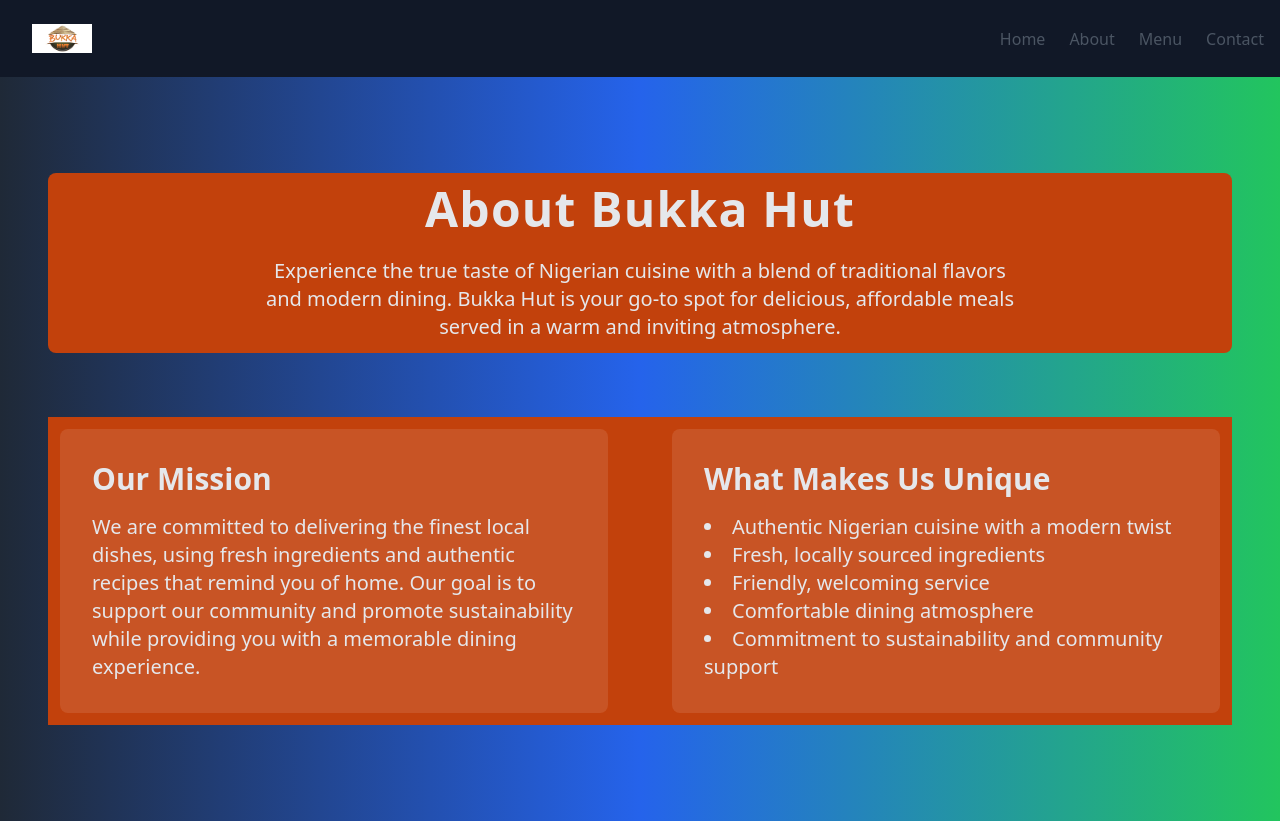
Repository: countaustin1990/BUKKAHUT
Page: About.html
These files come from the project's save history. The page is drawn as it stood at one moment and after the next save; the edit follows.
The browser window is 1280 px wide. The pictures show the whole page.
Some web libraries are served in a nearby version.

Above is the page before, as saved 2024-08-25 00:31:24.
Console error: TypeError: Cannot read properties of null (reading 'addEventListener')

### About.html
<!DOCTYPE html>
<html lang="en">

<head>
  <meta charset="UTF-8">
  <meta name="viewport" content="width=device-width, initial-scale=1.0">
  <title>About Bukka Hut</title>
  <script src="https://cdn.tailwindcss.com"></script>
  <style>
    /* Custom styles for advanced UI/UX */
    .fade-in {
      animation: fadeIn 1.5s ease-in-out forwards;
      opacity: 0;
    }

    @keyframes fadeIn {
      to {
        opacity: 1;
      }
    }

    .hover:after {
      content: '';
      position: absolute;
      width: 100%;
      height: 100%;
      top: 0;
      left: 0;
      background: rgba(0, 0, 0, 0.1);
      opacity: 0;
      transition: opacity 0.3s ease;
    }

    .hover:hover:after {
      opacity: 1;
    }
  </style>
</head>

<body class="bg-gray-100">
      <!-- Navigation -->
  <nav class="shadow-md bg-gray-900">
    <div class="container mx-auto px-4 py-2 flex items-center justify-between">
      <div class="text-2xl font-bold text-blue-600">
        <a href="#" class="flex flex-col lg:flex-row items-center lg:space-x-8 p-4">
          <img src="Logo.png" alt="Bukka Hut" width="60">
          </a>
      </div>
      <div class="hidden md:flex space-x-6">
        <a href="test.html" class="text-gray-600 hover:text-blue-600">Home</a>
        <a href="#" class="text-gray-600 hover:text-blue-600">About</a>
        <a href="#" class="text-gray-600 hover:text-blue-600">Menu</a>
        <a href="#" class="text-gray-600 hover:text-blue-600">Contact</a>
      </div>
      <div class="md:hidden">
        <button id="menu-button" class="text-white focus:outline-none">
          <svg xmlns="http://www.w3.org/2000/svg" fill="none" viewBox="0 0 24 24" stroke="currentColor" class="w-6 h-6">
            <path stroke-linecap="round" stroke-linejoin="round" stroke-width="2" d="M4 6h16M4 12h16M4 18h16" />
          </svg>
        </button>
      </div>
    </div>

    <!-- Mobile Menu -->
    <div id="mobile-menu" class="hidden md:hidden bg-gray-900 shadow-md">
      <a href="test.html" class="block px-4 py-2 text-white hover:bg-orange-600">Home</a>
      <a href="#" class="block px-4 py-2 text-white hover:bg-orange-600">About</a>
      <a href="#" class="block px-4 py-2 text-white hover:bg-orange-600">Menu</a>
      <a href="#" class="block px-4 py-2 text-white hover:bg-orange-600">Contact</a>
    </div>
  </nav>

  <section class="py-16 lg:py-24 bg-gradient-to-r from-gray-800 via-blue-600 to-green-500 text-gray-200">
    <div class="container mx-auto px-6 lg:px-12 fade-in">
      <div class="text-center mb-16 bg-orange-700 p-3 rounded-lg">
        <h2 class="text-5xl font-bold tracking-wide">About Bukka Hut</h2>
        <p class="mt-6 max-w-3xl mx-auto text-lg lg:text-xl">
          Experience the true taste of Nigerian cuisine with a blend of traditional flavors and modern dining. Bukka Hut is your go-to spot for delicious, affordable meals served in a warm and inviting atmosphere.
        </p>
      </div>
      <div class="grid md:grid-cols-2 gap-12 lg:gap-16 bg-orange-700 p-3 rouned-lg">
        <div class="hover relative bg-white bg-opacity-10 rounded-lg p-8 transition duration-500 transform hover:-translate-y-1 hover:shadow-lg">
          <h3 class="text-3xl font-semibold">Our Mission</h3>
          <p class="mt-4 text-lg lg:text-xl">
            We are committed to delivering the finest local dishes, using fresh ingredients and authentic recipes that remind you of home. Our goal is to support our community and promote sustainability while providing you with a memorable dining experience.
          </p>
        </div>
        <div class="hover relative bg-white bg-opacity-10 rounded-lg p-8 transition duration-500 transform hover:-translate-y-1 hover:shadow-lg">
          <h3 class="text-3xl font-semibold">What Makes Us Unique</h3>
          <ul class="mt-4 text-lg lg:text-xl list-disc list-inside">
            <li>Authentic Nigerian cuisine with a modern twist</li>
            <li>Fresh, locally sourced ingredients</li>
            <li>Friendly, welcoming service</li>
            <li>Comfortable dining atmosphere</li>
            <li>Commitment to sustainability and community support</li>
          </ul>
        </div>
      </div>
    </div>
  </section>


<script src="main.js"></script>
</body>

</html>

### main.js
const menuButton = document.getElementById('menu-button');
const mobileMenu = document.getElementById('mobile-menu');

menuButton.addEventListener('click', () => {
  mobileMenu.classList.toggle('hidden');
});

// Animate the scroll
const scrollContainer = document.querySelector('.animate-scroll');

function startScrolling() {
  const width = scrollContainer.scrollWidth;
  scrollContainer.style.animation = `scroll ${width / 100}s linear infinite`;
}

// Start the scroll animation once the DOM is fully loaded
window.addEventListener('load', startScrolling);

document.addEventListener("DOMContentLoaded", function() {
  function toggleText(buttonId, textId) {
    const button = document.getElementById(buttonId);
    const text = document.getElementById(textId);
    button.addEventListener("click", function(event) {
      event.preventDefault();
      if (text.classList.contains("hidden")) {
        text.classList.remove("hidden");
        button.textContent = "Read Less";
      } else {
        text.classList.add("hidden");
        button.textContent = "Read More";
      }
    });
  }

  toggleText("toggleButton4", "moreText4");
  toggleText("toggleButton1", "moreText1");
  toggleText("toggleButton2", "moreText2");
  toggleText("toggleButton3", "moreText3");
});


// JavaScript to handle "Back to Top" button visibility and functionality
const backToTopButton = document.getElementById('backToTop');

// Show button when scrolled down 100px from the top
window.addEventListener('scroll', () => {
  if (window.scrollY > 100) {
    backToTopButton.classList.remove('hidden');
  } else {
    backToTopButton.classList.add('hidden');
  }
});

// Smooth scroll to top when button is clicked
backToTopButton.addEventListener('click', () => {
  window.scrollTo({
    top: 0,
    behavior: 'smooth'
  });
});

After the next save:
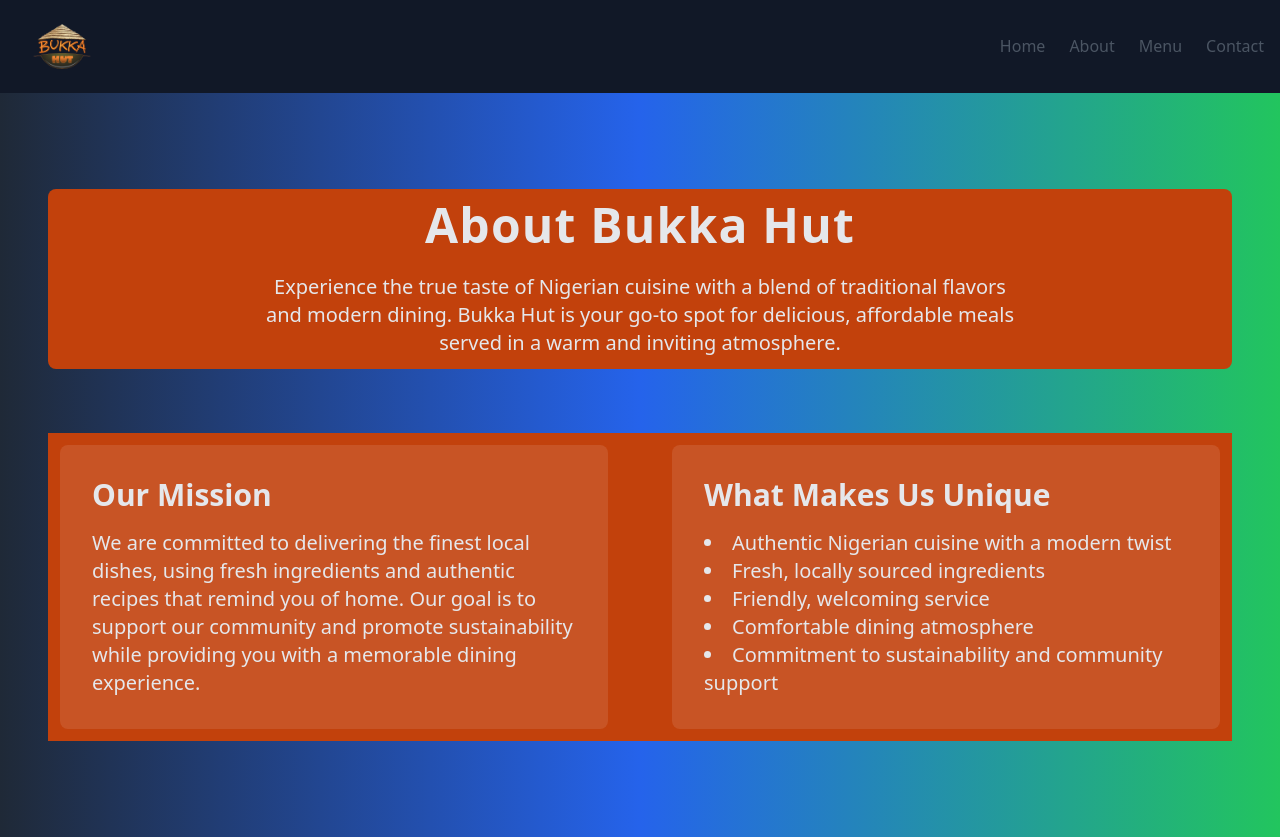
Saved 60 s later.
--- a/About.html
+++ b/About.html
@@ -43,7 +43,7 @@
     <div class="container mx-auto px-4 py-2 flex items-center justify-between">
       <div class="text-2xl font-bold text-blue-600">
         <a href="#" class="flex flex-col lg:flex-row items-center lg:space-x-8 p-4">
-          <img src="Logo.png" alt="Bukka Hut" width="60">
+          <img src="Logo-r.png" alt="Bukka Hut" width="60">
           </a>
       </div>
       <div class="hidden md:flex space-x-6">
